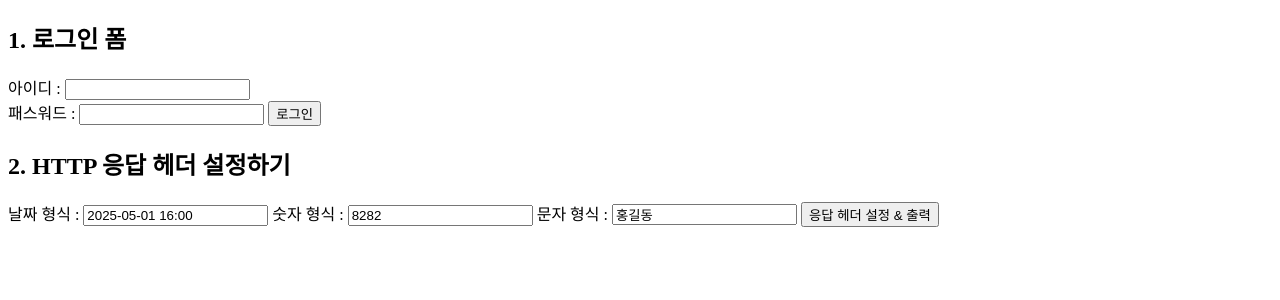
Repository: iamstudybox00/JSP_Servlet
Page: http://localhost/MustHaveJSP/02ImplicitObject/ResponseMain.jsp
These files come from the project's save history. The page is drawn as it stood at one moment and after the next save; the edit follows.
The browser window is 1280 px wide. The pictures show the whole page.
The page is served by Tomcat 10. Other server files are loaded and not shown.

Above is the page before, as saved 2025-05-02 07:17:28.

### MustHaveJSP/src/main/webapp/02ImplicitObject/ResponseMain.jsp
<%@ page language="java" contentType="text/html; charset=UTF-8"
    pageEncoding="UTF-8"%>
<!DOCTYPE html>
<html>
	<head>
	<meta charset="UTF-8">
	<title>내장 객체 - response</title>
	</head>
	<body>
		<h2>1. 로그인 폼</h2>
		<%
		String loginErr = request.getParameter("loginErr");

		if(loginErr != null) out.println("로그인 실패");
		%>

		<form action="./ResponseLogin.jsp" method="post">
			아이디 : <input type="text" name="user_id" /><br/>
			패스워드 : <input type="text" name="user_pwd" />
			<input type="submit" value="로그인" />
		</form>

		<h2>2. HTTP 응답 헤더 설정하기</h2>
		<form action="./ResponseHeader.jsp" method="get">
			날짜 형식 : <input type="text" name="add_date" value="2025-05-01 16:00" />
			숫자 형식 : <input type="text" name="add_int" value="8282" />
			문자 형식 : <input type="text" name="add_str" value="홍길동" />
			<input type="submit" value="응답 헤더 설정 & 출력" />
		</form>
	</body>
</html>

After the next save:
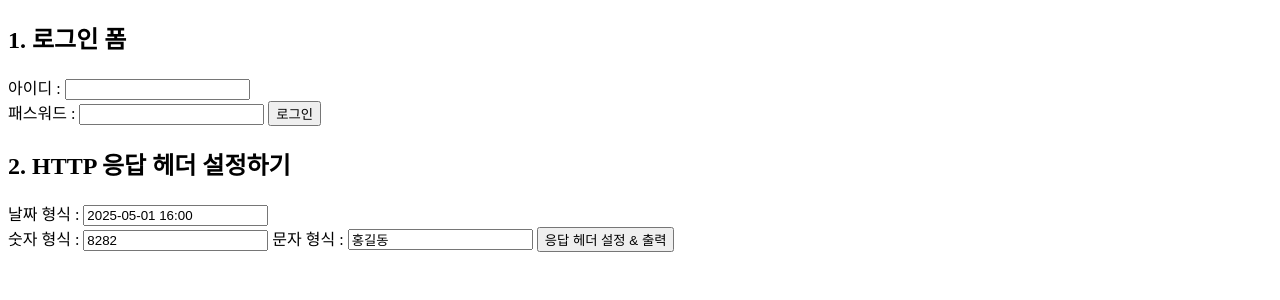
Saved 26 s later.
--- a/MustHaveJSP/src/main/webapp/02ImplicitObject/ResponseMain.jsp
+++ b/MustHaveJSP/src/main/webapp/02ImplicitObject/ResponseMain.jsp
@@ -22,7 +22,7 @@
 
 		<h2>2. HTTP 응답 헤더 설정하기</h2>
 		<form action="./ResponseHeader.jsp" method="get">
-			날짜 형식 : <input type="text" name="add_date" value="2025-05-01 16:00" />
+			날짜 형식 : <input type="text" name="add_date" value="2025-05-01 16:00" /><br/>
 			숫자 형식 : <input type="text" name="add_int" value="8282" />
 			문자 형식 : <input type="text" name="add_str" value="홍길동" />
 			<input type="submit" value="응답 헤더 설정 & 출력" />
